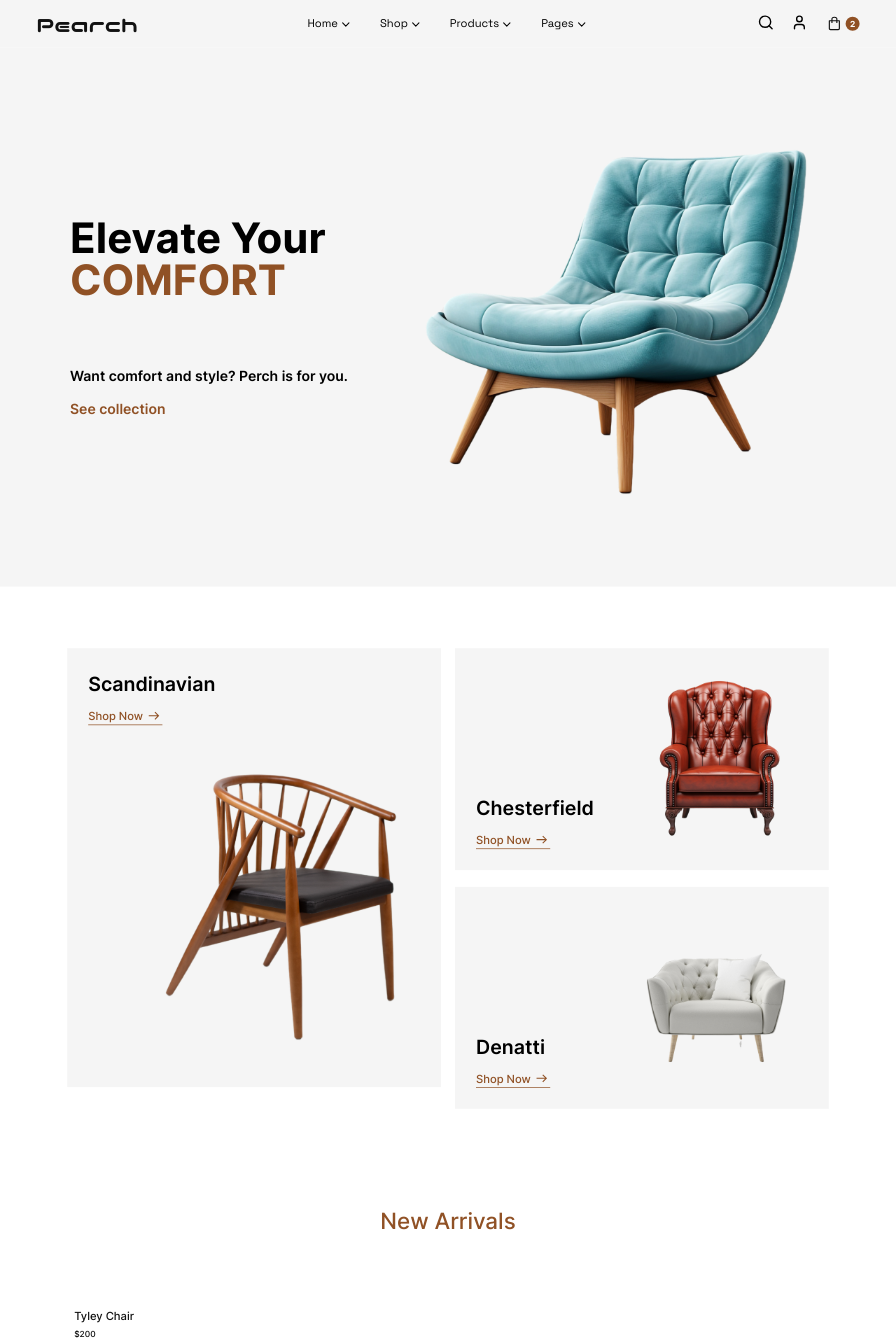
Repository: abdulmalikyusuf/HNG11-Stage02
Page: /
An editor plug-in stored every save of this project. The page is shown before and after the next save, followed by the edit.
The browser window is 1280 px wide. The pictures show the part of the page from y = 0 to 1920 px (the page is 2950 px tall before and 720 px after), at 70% of full size.
The project was rebuilt for these pictures with package versions that can differ from the ones it lists, and the page was loaded fresh each time. Also part of the build but not shown: vite.config.ts.

Above is the page before, as saved 2024-07-07 16:50:49.

After the next save:
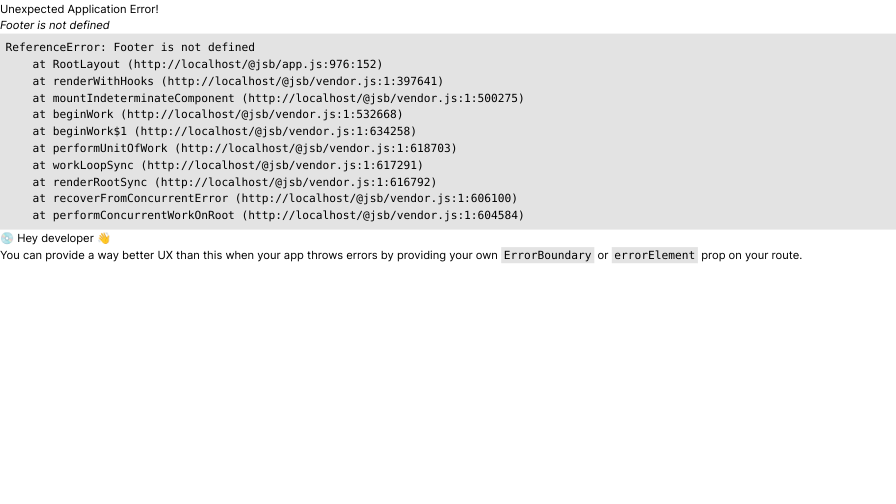
Console error: ReferenceError: Footer is not defined
Saved 38 s later.
--- a/src/routes/root.tsx
+++ b/src/routes/root.tsx
@@ -6,9 +6,9 @@
     <>
       <Header />
       <Outlet />
-      {/* <div className="flow-root">
+      <div className="flow-root">
         <Footer />
-      </div> */}
+      </div>
     </>
   );
 }

After the save that followed:
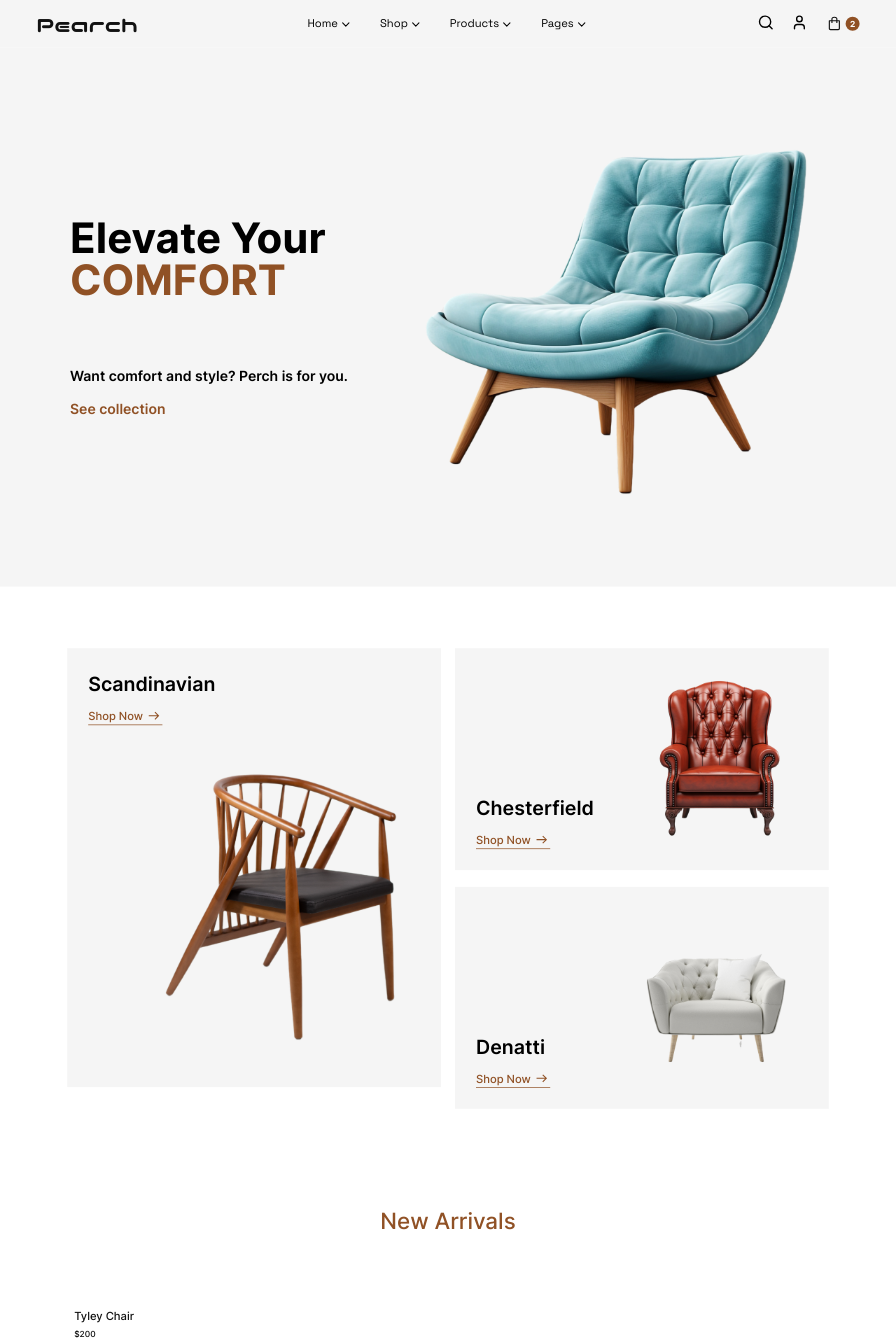
The error is gone.
Saved 12 s later.
--- a/src/routes/root.tsx
+++ b/src/routes/root.tsx
@@ -1,3 +1,4 @@
+import Footer from "@/components/footer";
 import Header from "@/components/header";
 import { Outlet } from "react-router-dom";
 
